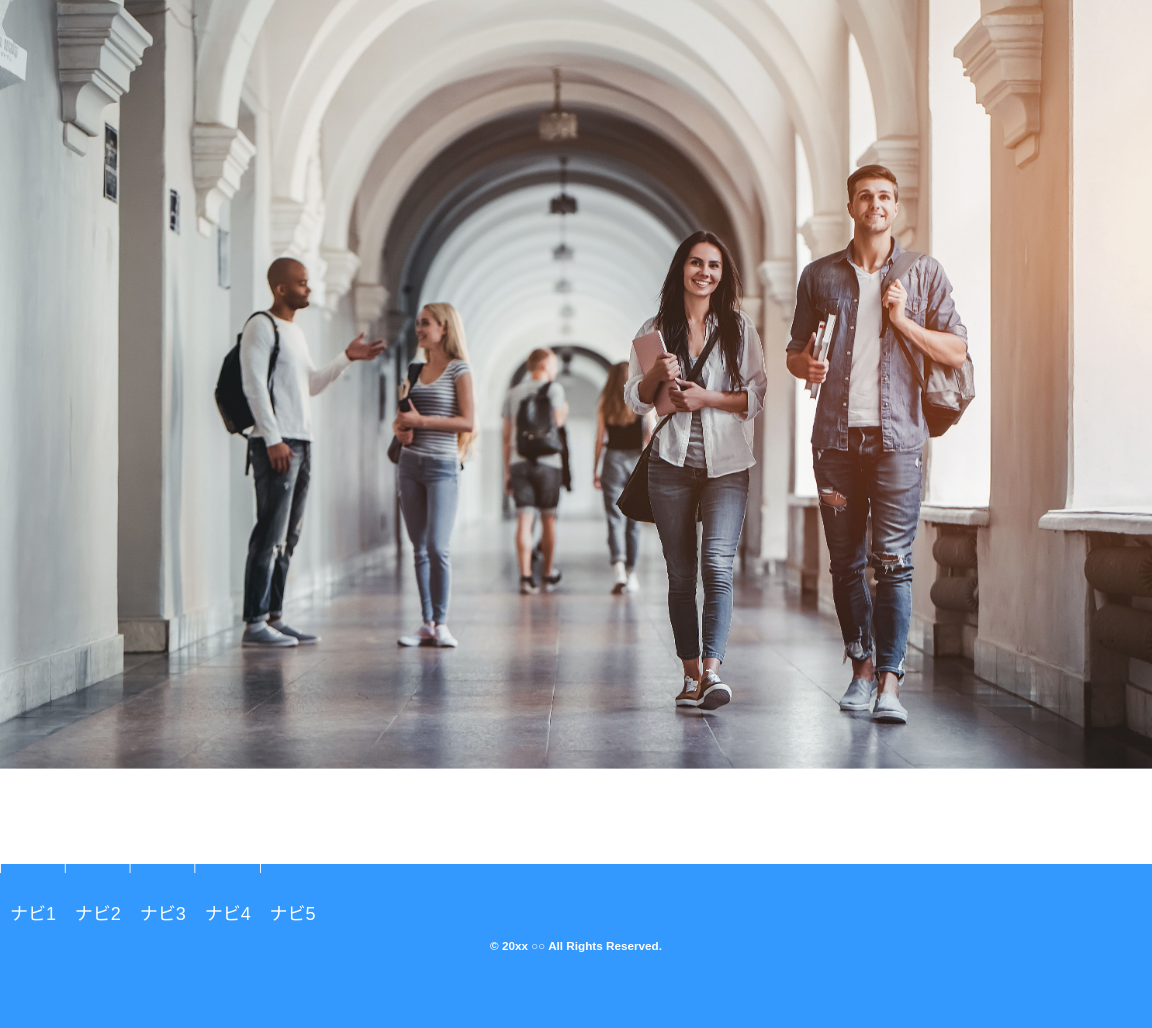
Repository: IzIzKen/samurai_HTML-CSS
Page: HTML CSSを学びWebプログラミングの第一歩を踏み出そう/9章 ナビゲーションの実装/home.html
The author's editor kept a record of every edit. The page is drawn from the files as they stood at one moment, then again after the next edit.
The browser window is 1280 px wide. The pictures show the whole page, at 90% of full size.

Above is the page before.

After the next edit:
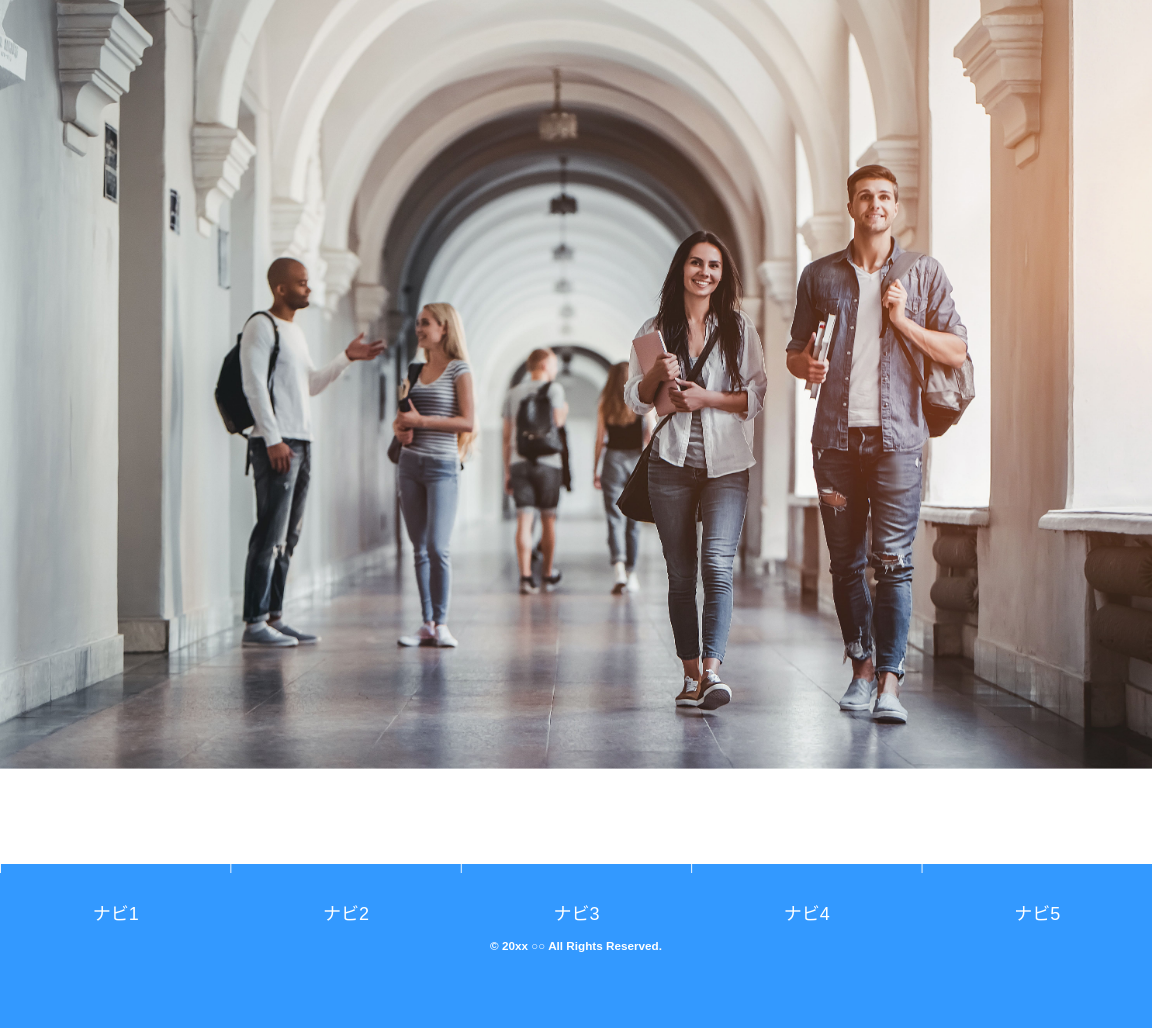
The edit:
--- a/HTML CSSを学びWebプログラミングの第一歩を踏み出そう/9章 ナビゲーションの実装/stylesheet.css
+++ b/HTML CSSを学びWebプログラミングの第一歩を踏み出そう/9章 ナビゲーションの実装/stylesheet.css
@@ -56,7 +56,7 @@
 }
 #nav ul li {
     float: left;
-    width: 20 %;
+    width: 20%;
     text-align: center;
 }
 #nav ul li a {
